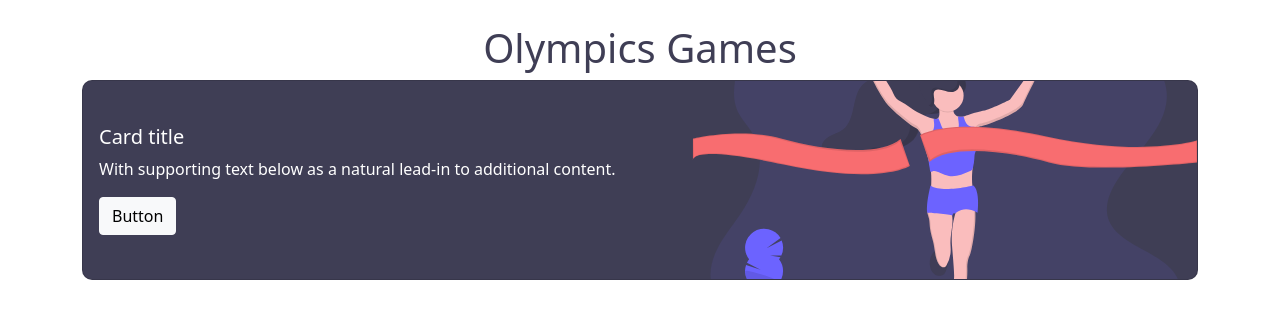
Repository: ahmedazawi/olympic_games
Page: client/views/index.html
These files come from the project's save history. The page is drawn as it stood at one moment and after the next save; the edit follows.
The browser window is 1280 px wide. The pictures show the whole page.

Above is the page before, as saved 2021-12-24 13:03:08.

### client/views/index.html
<!DOCTYPE html>
<html lang="en">

<head>
    <meta charset="UTF-8">
    <meta http-equiv="X-UA-Compatible" content="IE=edge">
    <meta name="viewport" content="width=device-width, initial-scale=1.0">
    <link href="https://cdn.jsdelivr.net/npm/bootstrap@5.1.3/dist/css/bootstrap.min.css" rel="stylesheet"
        integrity="sha384-1BmE4kWBq78iYhFldvKuhfTAU6auU8tT94WrHftjDbrCEXSU1oBoqyl2QvZ6jIW3" crossorigin="anonymous">
    <link rel="stylesheet" href="/css/index.css">
    <title>Home</title>
</head>

<body>
    <div class="background-img">
        <img>

    </div>

    <div class="body-container d-flex flex-column align-items-center w-100">
        <h1 class="">Olympics Games</h1>
        <div class="container">
            <div class="row g-4">
                <div class="col-12">
                    <div class="card w-100 d-flex flex-row align-items-center">
                        <div class="card-body">
                            <h5 class="card-title">Card title</h5>
                            <p class="card-text">With supporting text below as a natural lead-in to additional content.
                            </p>
                            <a href="#" class="btn btn-light ">Button</a>
                        </div>
                        <div>
                            <img src="/svg/1.svg">
                        </div>
                    </div>
                </div>
            </div>
        </div>
    </div>

    <script src="https://cdn.jsdelivr.net/npm/bootstrap@5.1.3/dist/js/bootstrap.bundle.min.js"
        integrity="sha384-ka7Sk0Gln4gmtz2MlQnikT1wXgYsOg+OMhuP+IlRH9sENBO0LRn5q+8nbTov4+1p"
        crossorigin="anonymous"></script>
</body>

</html>

### client/assets/css/index.css
* {
  --appColor: rgb(63, 62, 85);
}
body {
  color: var(--appColor);
}
.bg-app-color {
  background-color: var(--appColor);
  border: var(--appColor);
}
.font-app-color {
  color: var(--appColor);
}
.body-container .card {
  border-radius: 10px;
  height: 200px;
  background-color: var(--appColor);
  color: white;
  overflow: hidden;
}
.body-container .card img {
  width: 40vw;
}

After the next save:
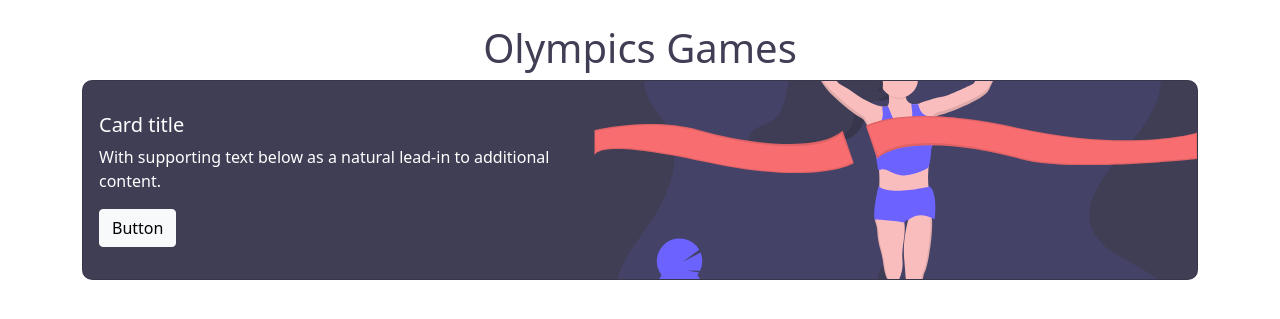
Saved 33 s later.
--- a/client/assets/css/index.css
+++ b/client/assets/css/index.css
@@ -19,5 +19,5 @@
   overflow: hidden;
 }
 .body-container .card img {
-  width: 40vw;
+  width: calc(100px + 40vw);
 }
